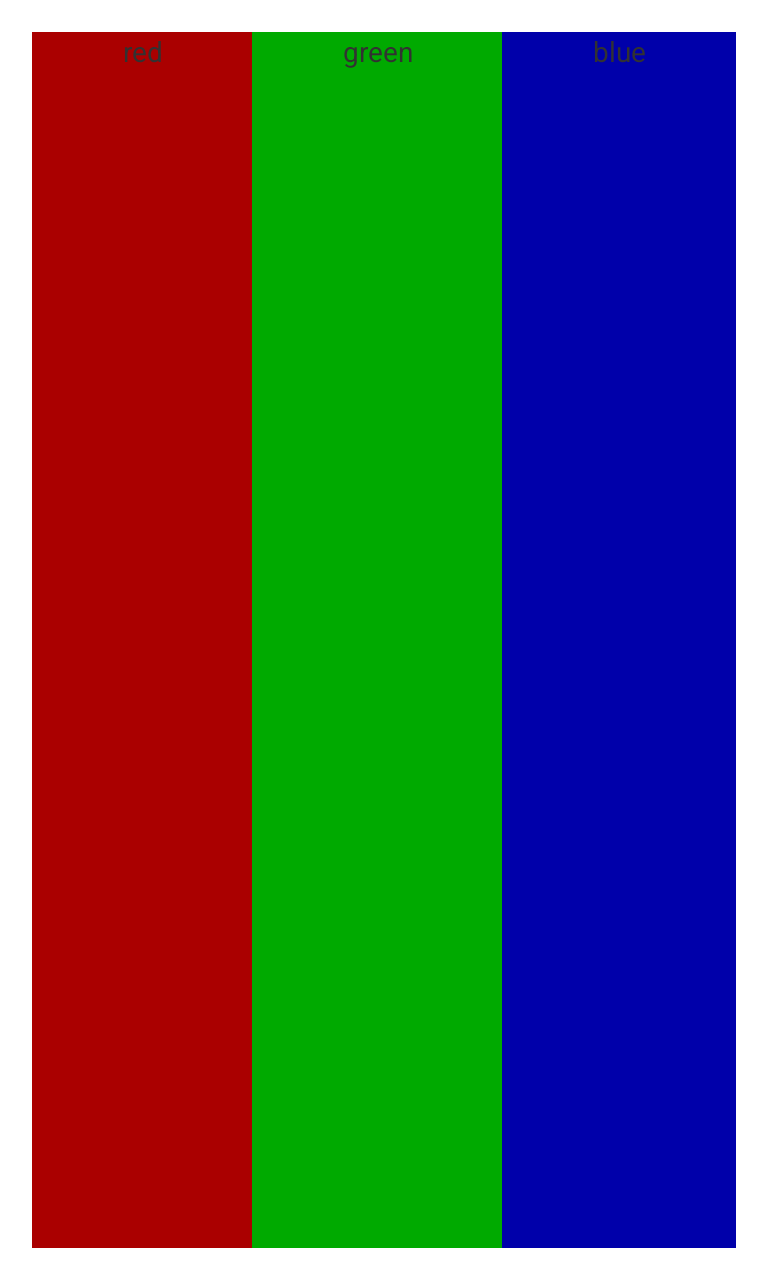
Repository: PatKelsh/IS-413
Layout: LinearLayout/res/layout/activity_main.xml
These files come from the project's save history. The layout is drawn as it stood at one moment and after the next save; the edit follows.
It is drawn on a 768 x 1280 px phone screen (xhdpi) without system bars, with theme AppTheme; the app's code is not run.

Above is the layout before, as saved 2015-02-04 02:44:26.

### LinearLayout/res/layout/activity_main.xml
<RelativeLayout xmlns:android="http://schemas.android.com/apk/res/android"
    xmlns:tools="http://schemas.android.com/tools"
    android:layout_width="match_parent"
    android:layout_height="match_parent"
    android:paddingBottom="@dimen/activity_vertical_margin"
    android:paddingLeft="@dimen/activity_horizontal_margin"
    android:paddingRight="@dimen/activity_horizontal_margin"
    android:paddingTop="@dimen/activity_vertical_margin"
    tools:context="com.example.linearlayout.MainActivity" >

    <LinearLayout
        android:orientation="horizontal"
        android:layout_width="fill_parent"
        android:layout_height="fill_parent"
        android:layout_weight="1">

        <TextView
            android:text="red"
            android:gravity="center_horizontal"
            android:background="#aa0000"
            android:layout_width="wrap_content"
            android:layout_height="fill_parent"
            android:layout_weight="1"/>

        <TextView
            android:text="green"
            android:gravity="center_horizontal"
            android:background="#00aa00"
            android:layout_width="wrap_content"
            android:layout_height="fill_parent"
            android:layout_weight="1"/>

        <TextView
            android:text="blue"
            android:gravity="center_horizontal"
            android:background="#0000aa"
            android:layout_width="wrap_content"
            android:layout_height="fill_parent"
            android:layout_weight="1"/>
    </LinearLayout>

    <LinearLayout
        android:orientation="vertical"
        android:layout_width="fill_parent"
        android:layout_height="fill_parent"
        android:layout_weight="1">
    </LinearLayout>


</RelativeLayout>

Loaded but not shown: LinearLayout/res/values/styles.xml (common file); LinearLayout/res/values-v11/styles.xml (common file); LinearLayout/res/values-v14/styles.xml (common file); LinearLayout/res/values/dimens.xml (common file); LinearLayout/res/values-w820dp/dimens.xml (common file)

After the next save:
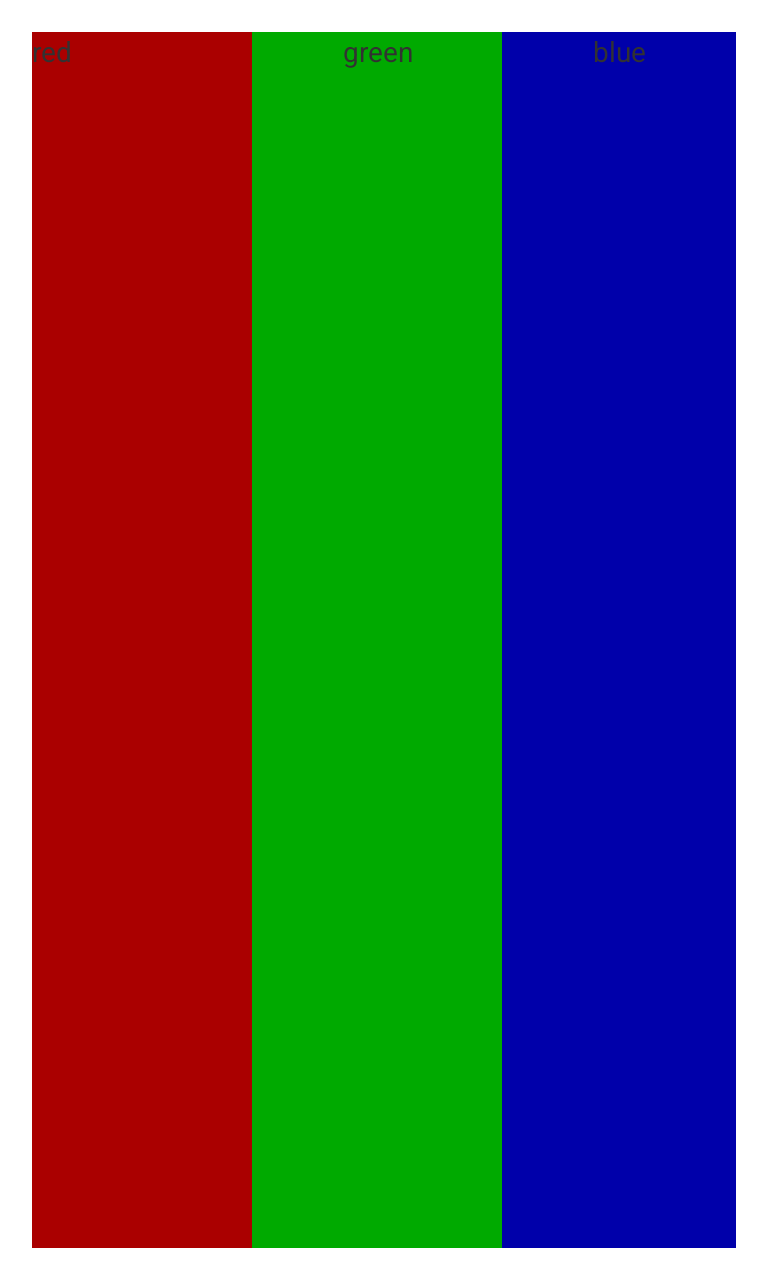
Saved 6 s later.
--- a/LinearLayout/res/layout/activity_main.xml
+++ b/LinearLayout/res/layout/activity_main.xml
@@ -16,7 +16,6 @@
 
         <TextView
             android:text="red"
-            android:gravity="center_horizontal"
             android:background="#aa0000"
             android:layout_width="wrap_content"
             android:layout_height="fill_parent"

After the save that followed:
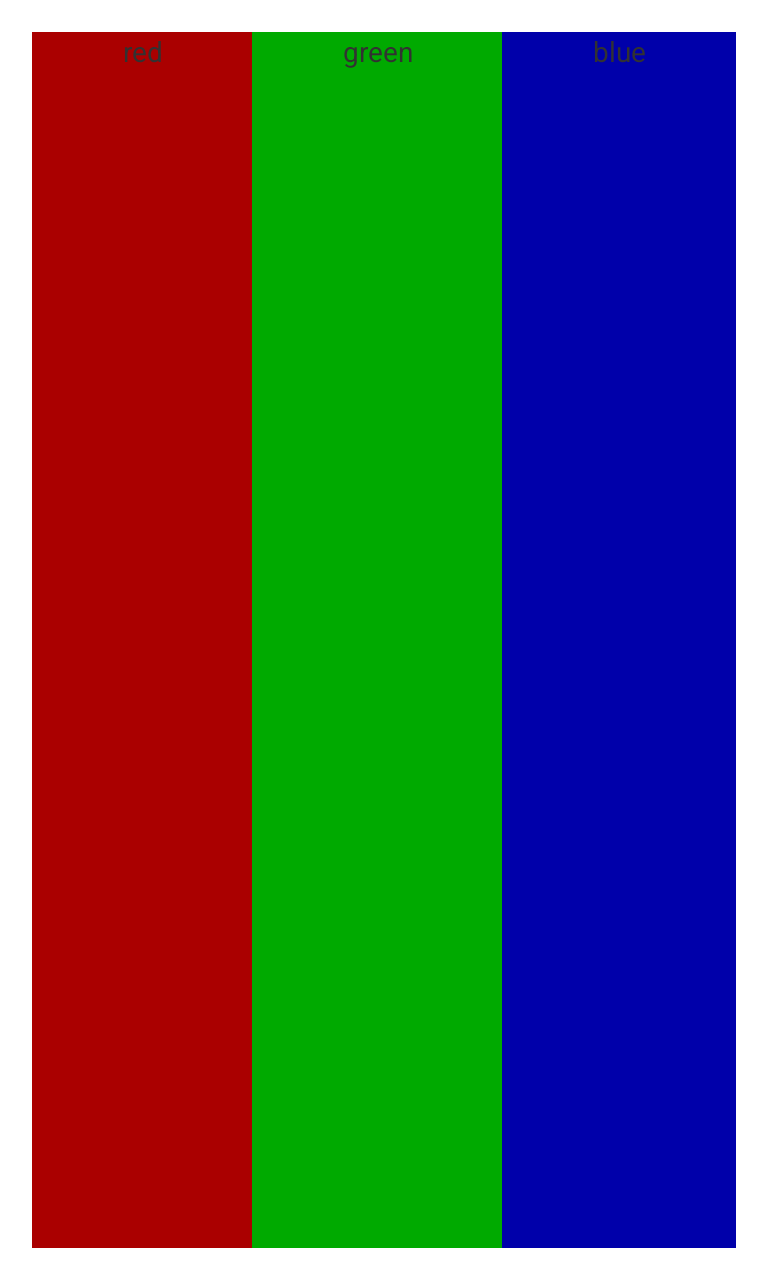
Saved 32 s later.
--- a/LinearLayout/res/layout/activity_main.xml
+++ b/LinearLayout/res/layout/activity_main.xml
@@ -16,6 +16,7 @@
 
         <TextView
             android:text="red"
+            android:gravity="center_horizontal"
             android:background="#aa0000"
             android:layout_width="wrap_content"
             android:layout_height="fill_parent"
